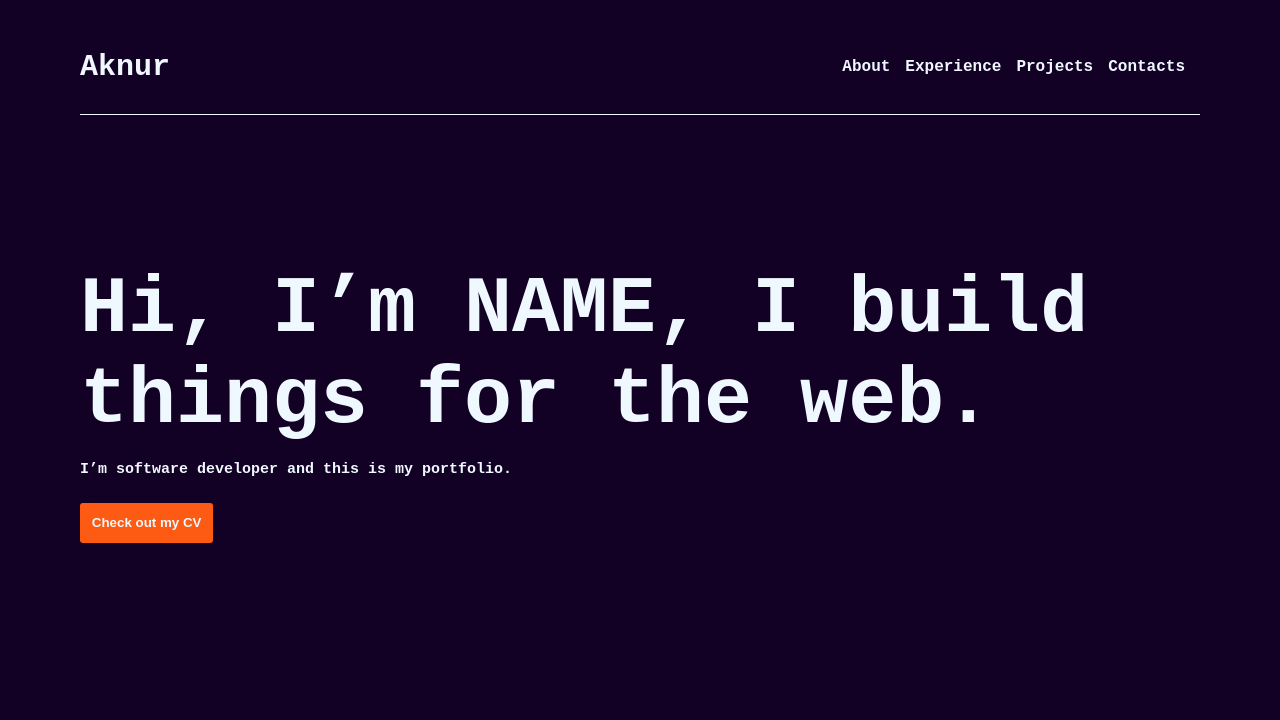
Repository: aknurkappar/nfactorial-portfolio-app-03-03-2022
Page: /
The author's editor kept a copy of each file at every save. The page is drawn from the files as they stood at one save, then again after the next save.
The browser window is 1280 px wide. The pictures show the whole page.
The project was rebuilt for these pictures with package versions that can differ from the ones it lists, and the page was loaded fresh each time. Also part of the build but not shown: src/App.css.

Above is the page before, as saved 2023-03-03 21:27:06.

### src/index.css
body {
  margin: 20px 80px;
  font-family: -apple-system, BlinkMacSystemFont, 'Segoe UI', 'Roboto', 'Oxygen',
    'Ubuntu', 'Cantarell', 'Fira Sans', 'Droid Sans', 'Helvetica Neue',
    sans-serif;
  -webkit-font-smoothing: antialiased;
  -moz-osx-font-smoothing: grayscale;
  font-family:'Courier New', Courier, monospace;
  font-weight: 700;
  color: aliceblue;
  background-color: #130125;
}

code {
  font-family: source-code-pro, Menlo, Monaco, Consolas, 'Courier New',
    monospace;
}

### src/App.js
import './App.css';
import { Header } from "./components/Header"
import { Main } from "./components/Main"
import { Line } from "./components/Line"

function App() {
  return (
    <>
    <Header />
    <Line />
    <Main />
    </>

  );
}

export default App;

### src/components/Header/index.js
import "./index.css"

class Menu{
    constructor(name){
        this.name = name;
        this.isActive = false;
    }
 }

 const menues = [
    new Menu("About"),
    new Menu("Experience"),
    new Menu("Projects"),
    new Menu("Contacts"),
 ]

 export const Header = () => {
    return (
        <div className="header">
            <p>Aknur</p>
            <ul className="menu-items">{
                menues.map(menu => (
                <li><a>{menu.name}</a></li>
                ))
            }</ul>
        </div>
    )
}

### src/components/Main/index.js
import "./index.css"

export const Main = ()=>{
    return(
        <div className="main">
            <p className="big-text"> Hi, I’m NAME, I build things for the web.</p>
            <p className="small-text"> I’m software developer and this is my portfolio.</p>
            <button>Check out my CV</button>
        </div>
    )
}

### src/components/Line/index.js
import "./index.css"
export const Line = () => {
    return(
        <div className="line"></div>
    )
}

### src/components/Header/index.css
.menu-items{
    display: flex;
    flex-direction: row;

}

.menu-items li{
    list-style-type: none;
    margin-right: 15px;
}

.header{
    display: flex;
    align-items: center;
    justify-content: space-between;
}

.header p{
    font-size: 30px;
}

### src/components/Main/index.css
.main{
    height: 80vh;
    display: flex;
    flex-direction: column;
    justify-content: center;
}

.main button{
    width: 10em;
    height: 3em;
    background-color: #FD5A14;
    color: aliceblue;
    font-weight: 700;
    border: none;
    border-radius: 3px;
    margin-top: 10px;
}

.big-text{
    font-size: 80px;
    margin: 0;
}

.small-text{
    font-size: 15px;
}

### src/components/Line/index.css
.line{
    width: 100%;
    height: 1px;
    background-color: aliceblue;
}

Loaded but not shown: public/index.html (common file); src/index.js (common file)

After the next save:
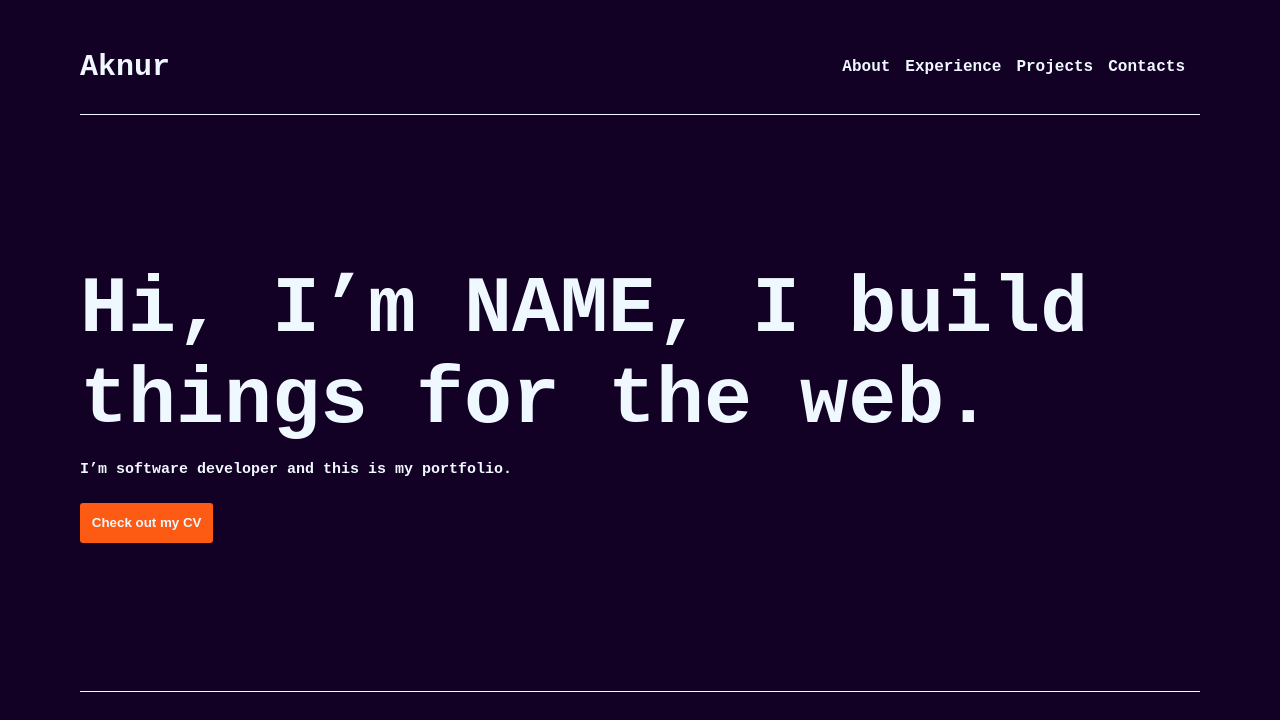
Saved 10 s later.
--- a/src/App.js
+++ b/src/App.js
@@ -9,6 +9,7 @@ function App() {
     <Header />
     <Line />
     <Main />
+    <Line />
     </>
 
   );
